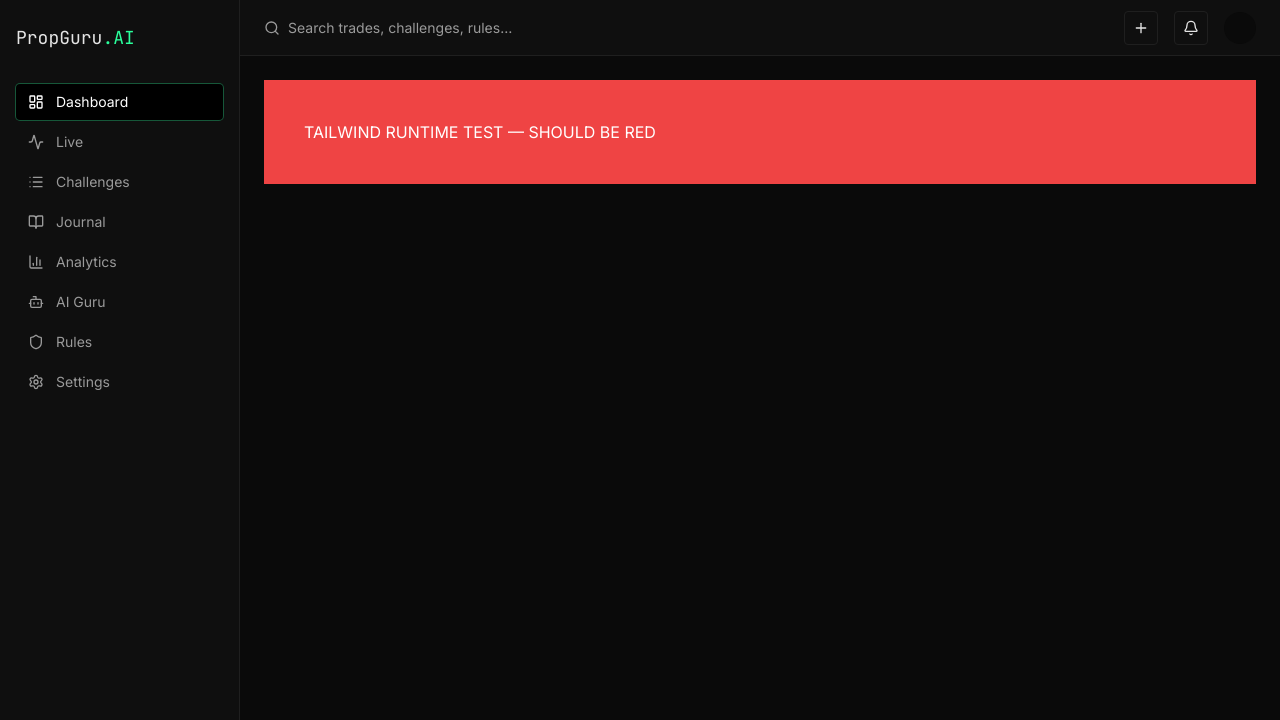
Repository: sanghaarman6-cmyk/propai-platform
Page: /app/dashboard
The author's editor kept a copy of each file at every save. The page is drawn from the files as they stood at one save, then again after the next save.
The browser window is 1280 px wide. The pictures show the whole page.
The project was rebuilt for these pictures with package versions that can differ from the ones it lists, and the page was loaded fresh each time. The framework's server and built-in components were replaced by stand-ins that run in the browser. Also part of the build but not shown: next.config.ts.

Above is the page before, as saved 2025-12-17 00:46:51.

After the next save:
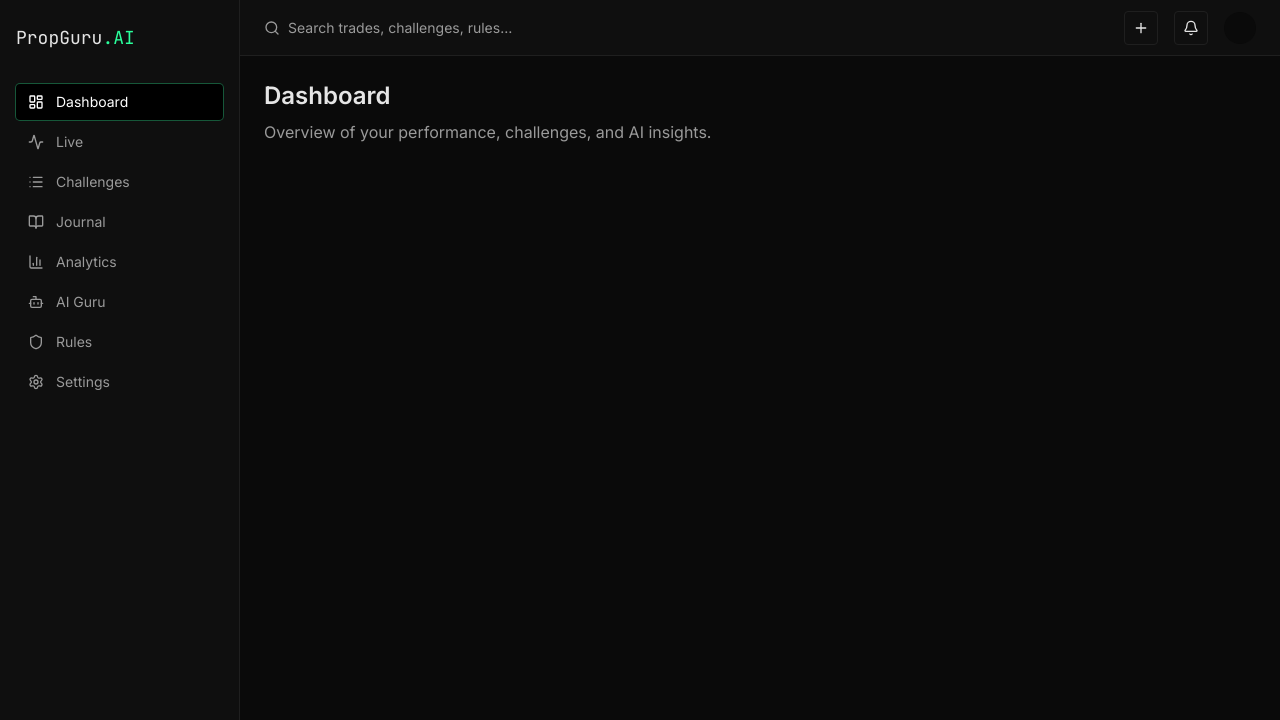
Saved 74 s later.
--- a/app/app/dashboard/page.tsx
+++ b/app/app/dashboard/page.tsx
@@ -1,7 +1,10 @@
 export default function DashboardPage() {
   return (
-    <div className="bg-red-500 text-white p-10">
-      TAILWIND RUNTIME TEST — SHOULD BE RED
+    <div className="text-text-primary">
+      <h1 className="text-2xl font-semibold">Dashboard</h1>
+      <p className="mt-2 text-text-muted">
+        Overview of your performance, challenges, and AI insights.
+      </p>
     </div>
   )
 }
